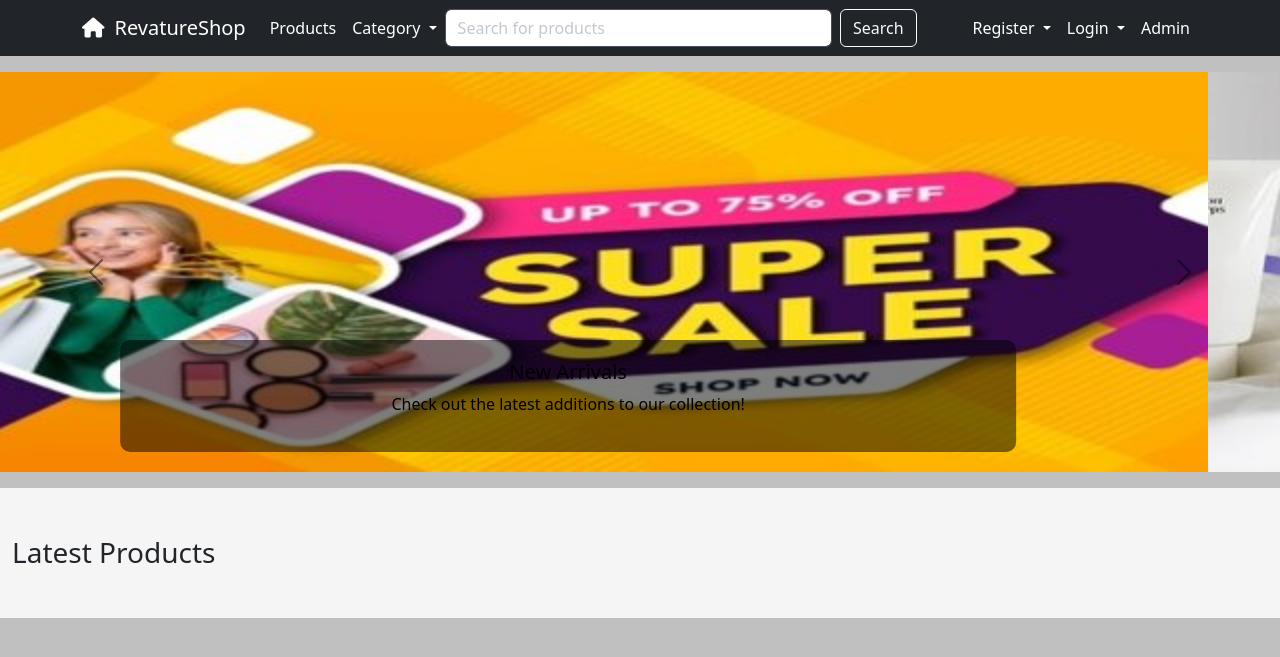
Repository: asmitsuragond15/Project_Ecom
Page: http://localhost/RevatureShop/
An editor plug-in stored every save of this project. The page is shown before and after the next save, followed by the edit.
The browser window is 1280 px wide. The pictures show the whole page.
The page is served by Tomcat 10. Queries for data that is not in the repository find no rows.

Above is the page before, as saved 2024-08-31 18:03:52.

After the next save:
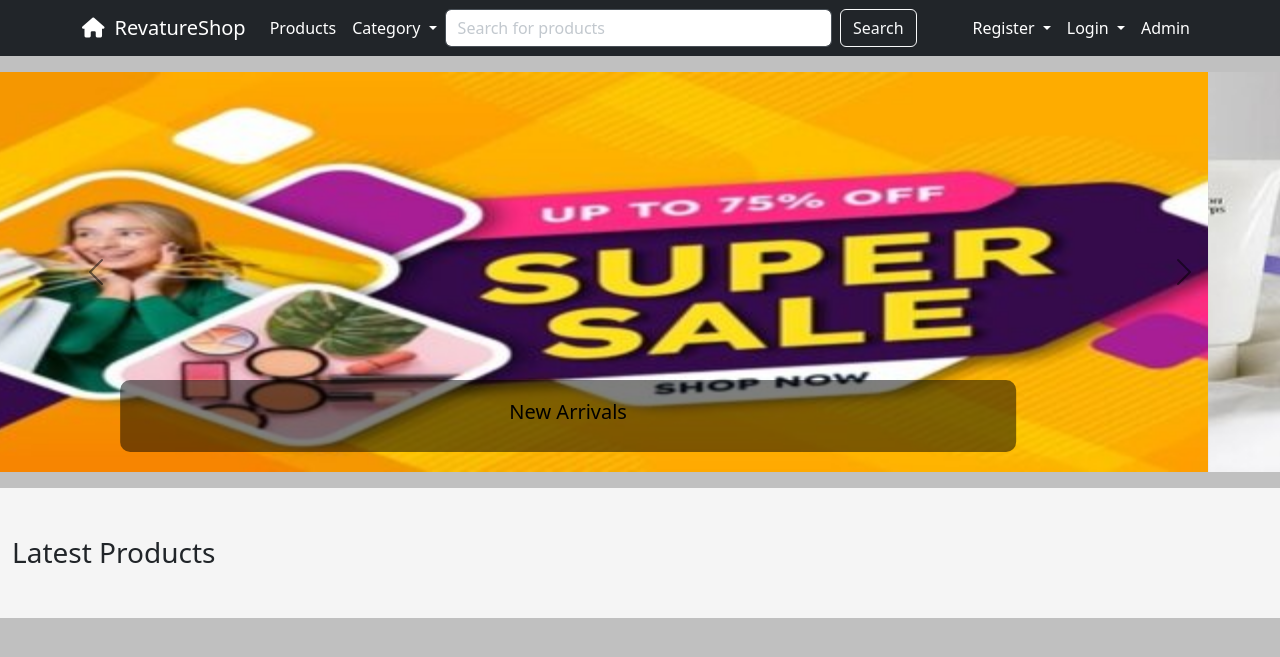
Saved 4 min 34 s later.
--- a/RevatureShop/src/main/webapp/index.jsp
+++ b/RevatureShop/src/main/webapp/index.jsp
@@ -21,6 +21,7 @@
             overflow: hidden;
             transition: transform 0.3s, box-shadow 0.3s;
             box-shadow: 0 4px 8px rgba(0, 0, 0, 0.1);
+            text-align: center;
         }
 
         .cus-card:hover {
@@ -94,6 +95,21 @@
             height: 400px;
         }
 
+        .product-image-container {
+            width: 100%;
+            height: 200px; /* Fixed height for all images */
+            display: flex;
+            align-items: center;
+            justify-content: center;
+            overflow: hidden;
+            position: relative;
+        }
+
+        .product-image-container img {
+            max-height: 100%;
+            max-width: 100%;
+        }
+
         @media (max-width: 768px) {
             .carousel img {
                 height: 200px;
@@ -112,21 +128,18 @@
                 <img src="Images/image1.jpg" class="d-block w-100" alt="...">
                 <div class="carousel-caption d-none d-md-block">
                     <h5>New Arrivals</h5>
-                    <p>Check out the latest additions to our collection!</p>
                 </div>
             </div>
             <div class="carousel-item">
                 <img src="Images/image2.jpg" class="d-block w-100" alt="...">
                 <div class="carousel-caption d-none d-md-block">
                     <h5>Top Deals</h5>
-                    <p>Unbeatable discounts on selected items!</p>
                 </div>
             </div>
             <div class="carousel-item">
                 <img src="Images/image3.jpg" class="d-block w-100" alt="...">
                 <div class="carousel-caption d-none d-md-block">
                     <h5>Exclusive Offers</h5>
-                    <p>Sign up now to receive exclusive offers and updates!</p>
                 </div>
             </div>
         </div>
@@ -152,7 +165,9 @@
                             <% if(productList.get(i).getProductDiscount() > 0) { %>
                                 <span class="badge-discount"><%=productList.get(i).getProductDiscount()%>% OFF</span>
                             <% } %>
-                            <img src="Product_imgs/<%=productList.get(i).getProductImages()%>" class="card-img-top m-2" style="max-width: 100%; max-height: 200px; width: auto;">
+                            <div class="product-image-container">
+                                <img src="Product_imgs/<%=productList.get(i).getProductImages()%>" alt="<%=productList.get(i).getProductName()%>">
+                            </div>
                             <div class="product-card-body text-center">
                                 <h5 class="product-card-title"><%=productList.get(i).getProductName()%></h5>
                                 <p class="mb-1">
